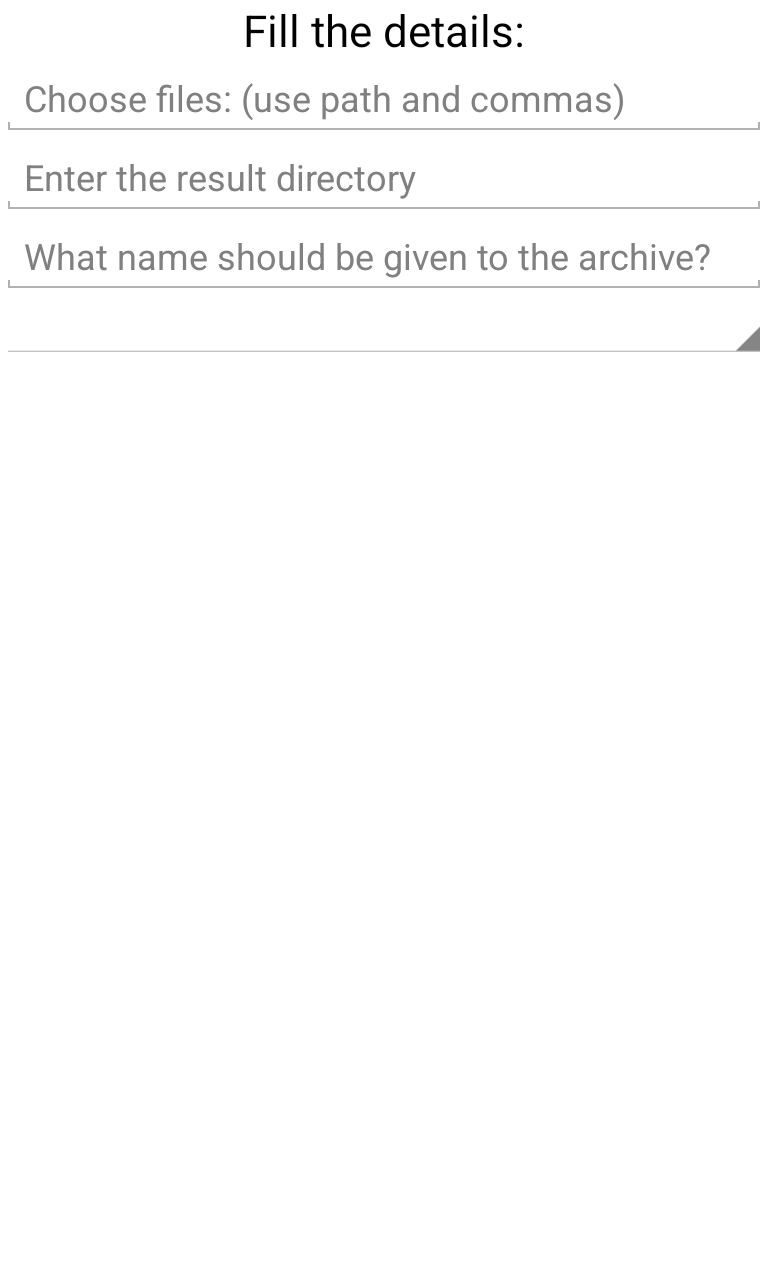
Repository: ya-ivanov/Android-Projects
Layout: Android Projects (OLD)/Zip It!/ZipIt/res/layout/activity_main.xml
An editor plug-in stored every save of this project. The layout is shown before and after the next save, followed by the edit.
It is drawn on a 768 x 1280 px phone screen (xhdpi) without system bars, with theme AppTheme; the app's code is not run.

Above is the layout before, as saved 2013-12-11 20:18:20.

After the next save:
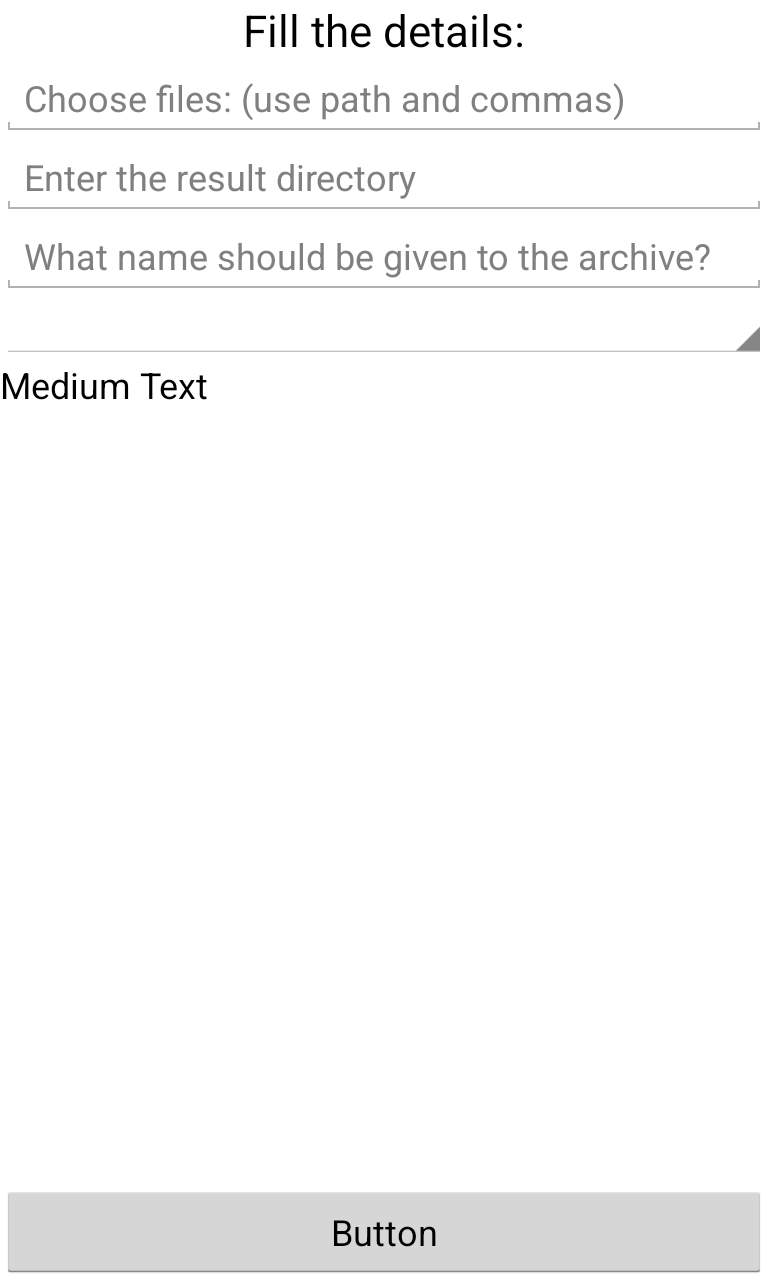
Saved 3 min 59 s later.
--- a/Android Projects (OLD)/Zip It!/ZipIt/res/layout/activity_main.xml
+++ b/Android Projects (OLD)/Zip It!/ZipIt/res/layout/activity_main.xml
@@ -7,37 +7,51 @@
         android:id="@+id/textView1"
         android:layout_width="match_parent"
         android:layout_height="wrap_content"
+        android:gravity="center_horizontal"
         android:text="Fill the details:"
-        android:gravity="center_horizontal"
         android:textAppearance="?android:attr/textAppearanceLarge" />
 
     <EditText
         android:id="@+id/files"
         android:layout_width="match_parent"
         android:layout_height="wrap_content"
-        android:hint="Choose files: (use path and commas)"
-        android:ems="10" >
+        android:ems="10"
+        android:hint="Choose files: (use path and commas)" >
     </EditText>
 
     <EditText
         android:id="@+id/endDir"
         android:layout_width="match_parent"
         android:layout_height="wrap_content"
-        android:hint="Enter the result directory"
-        android:ems="10" >
+        android:ems="10"
+        android:hint="Enter the result directory" >
     </EditText>
 
     <EditText
         android:id="@+id/archiveName"
         android:layout_width="match_parent"
         android:layout_height="wrap_content"
-        android:hint="What name should be given to the archive?"
-        android:ems="10" >
+        android:ems="10"
+        android:hint="What name should be given to the archive?" >
     </EditText>
 
     <Spinner
-	    android:id="@+id/spinner"
-	    android:layout_width="fill_parent"
-	    android:layout_height="wrap_content" />
+        android:id="@+id/spinner"
+        android:layout_width="fill_parent"
+        android:layout_height="wrap_content" />
+
+    <TextView
+        android:id="@+id/textView2"
+        android:layout_width="match_parent"
+        android:layout_height="wrap_content"
+        android:layout_weight="1"
+        android:text="Medium Text"
+        android:textAppearance="?android:attr/textAppearanceMedium" />
+
+    <Button
+        android:id="@+id/button1"
+        android:layout_width="match_parent"
+        android:layout_height="wrap_content"
+        android:text="Button" />
 
 </LinearLayout>
